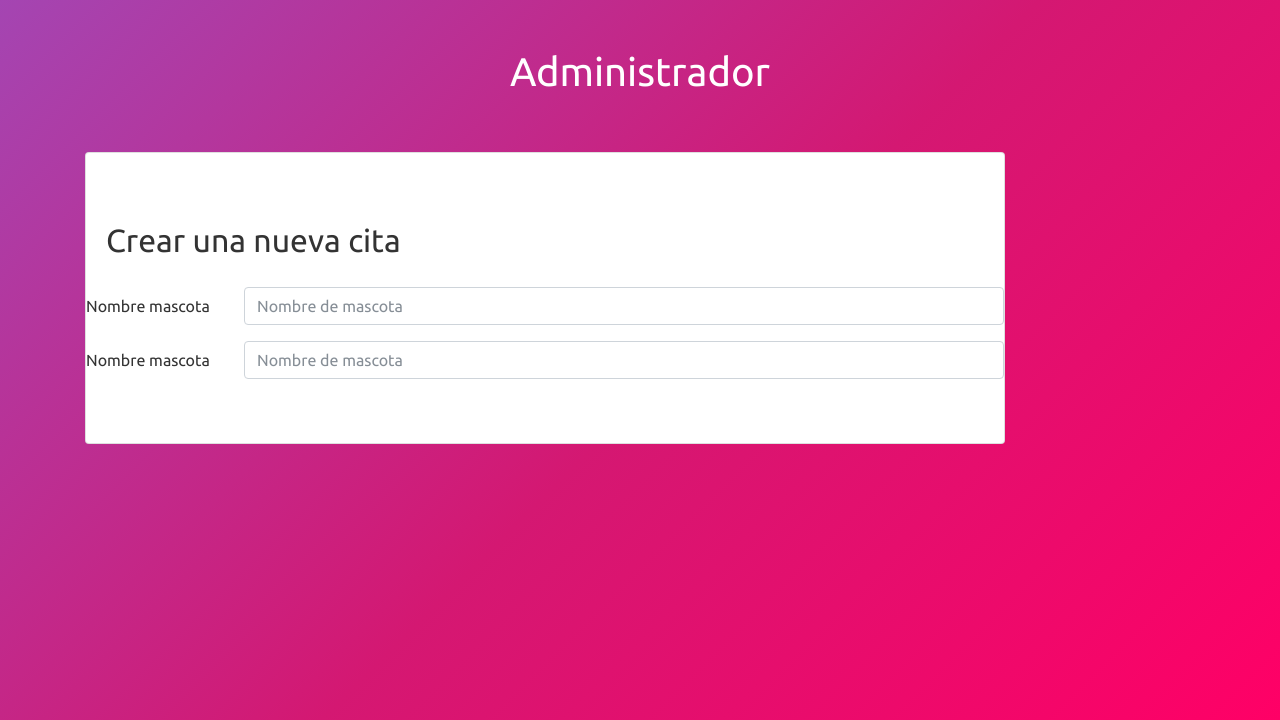
Repository: harrycampaz/react-veterinario-form
Page: /
The author's editor kept a copy of each file at every save. The page is drawn from the files as they stood at one save, then again after the next save.
The browser window is 1280 px wide. The pictures show the whole page.
The project was rebuilt for these pictures with package versions that can differ from the ones it lists, and the page was loaded fresh each time.

Above is the page before, as saved 2020-01-16 14:13:45.

After the next save:
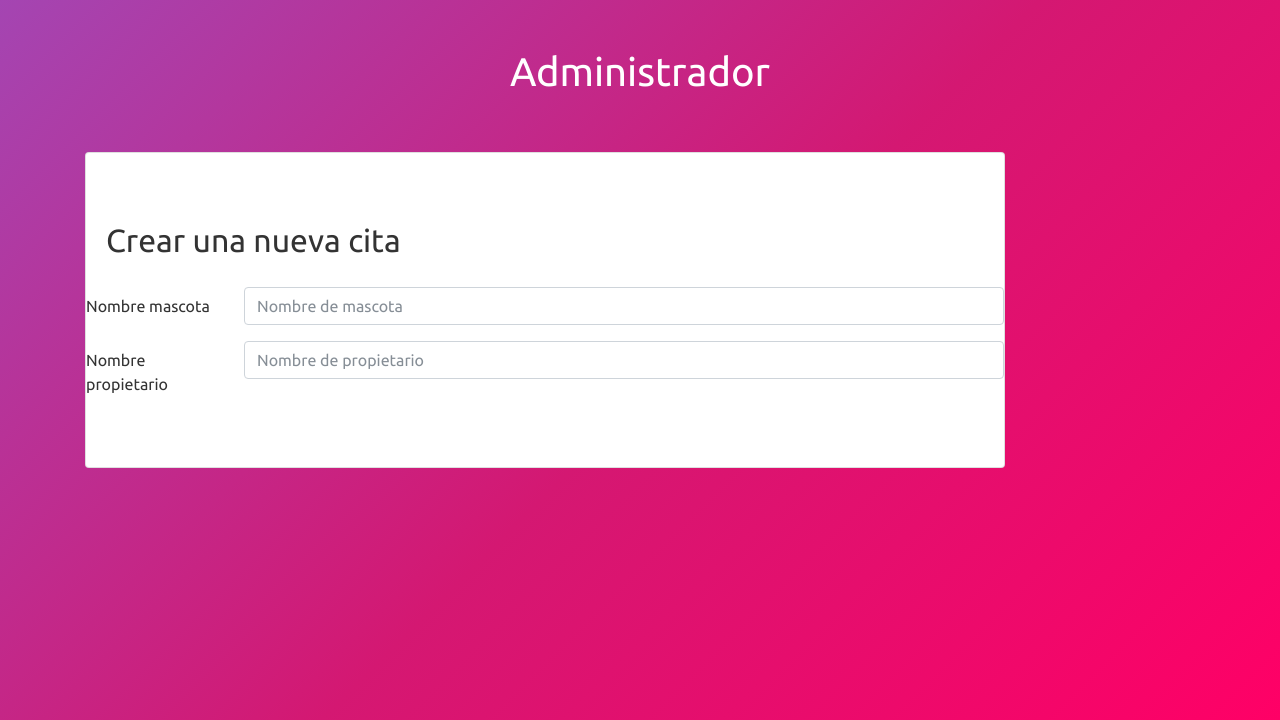
Saved 25 s later.
--- a/src/components/layout/NuevaCita.js
+++ b/src/components/layout/NuevaCita.js
@@ -24,15 +24,15 @@ class NuevaCita extends Component {
            </div>
           </div>
           <div class="form-group row">
-            <label className='col-sm-4 col-lg-2 col-form-label' for="nombre">Nombre mascota</label>
+            <label className='col-sm-4 col-lg-2 col-form-label' for="nombre">Nombre propietario</label>
            <div className="col-sm-8 col-lg-10">
            <input
               type="text"
               className="form-control"
-              name="mascota"
-              id="mascota"
+              name="propietario"
+              id="propietario"
               aria-describedby="emailHelpId"
-              placeholder="Nombre de mascota"
+              placeholder="Nombre de propietario"
             />
 
            </div>
